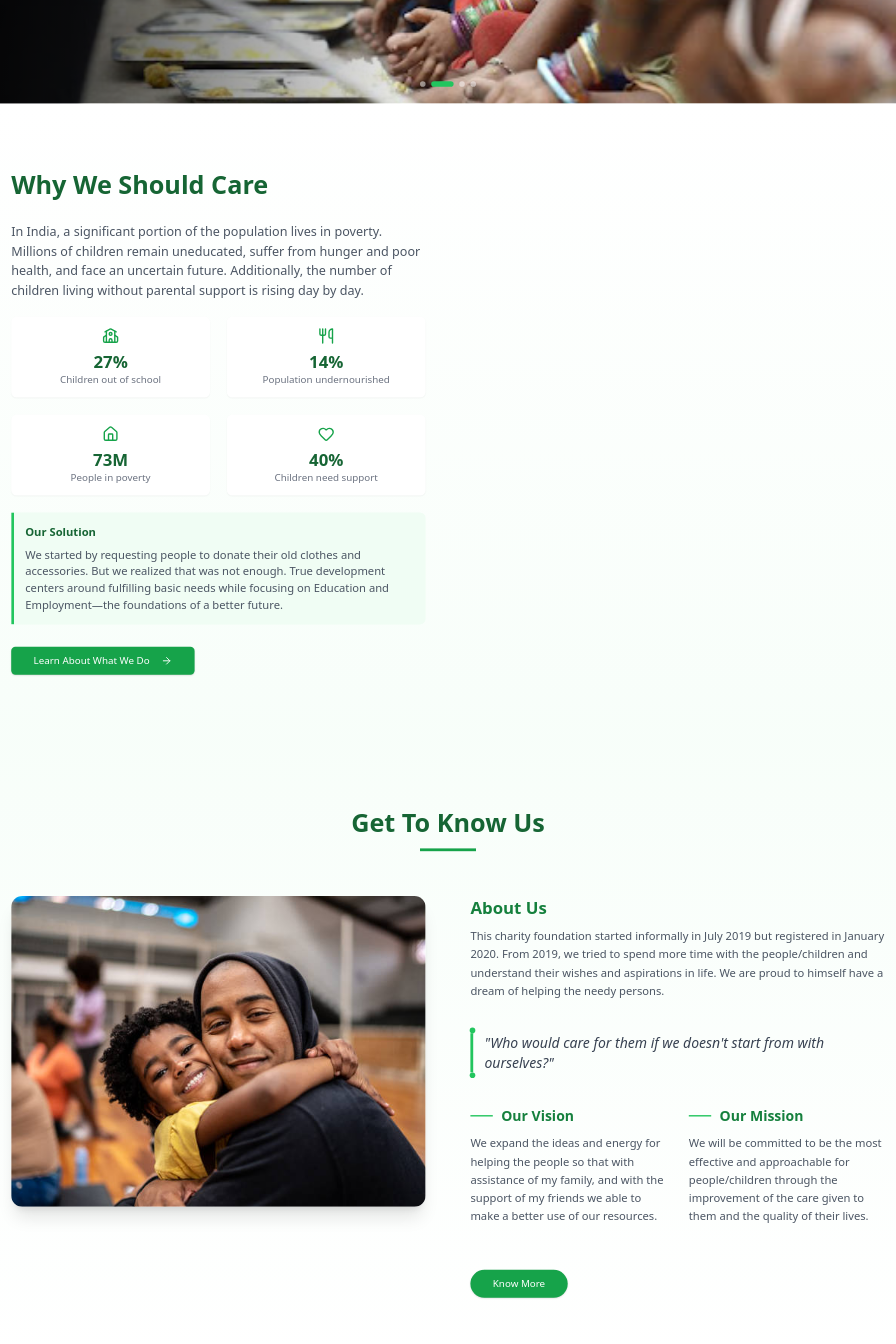
Repository: rajukumar2003/chandra-foundation
Page: /
An editor plug-in stored every save of this project. The page is shown before and after the next save, followed by the edit.
The browser window is 1280 px wide. The pictures show the part of the page from y = 520 to 2440 px (the page is 7775 px tall before and 7619 px after), at 70% of full size.
The project was rebuilt for these pictures with package versions that can differ from the ones it lists, and the page was loaded fresh each time. The framework's server and built-in components were replaced by stand-ins that run in the browser. Also part of the build but not shown: next.config.ts.

Above is the page before, as saved 2024-12-17 16:24:14.

After the next save:
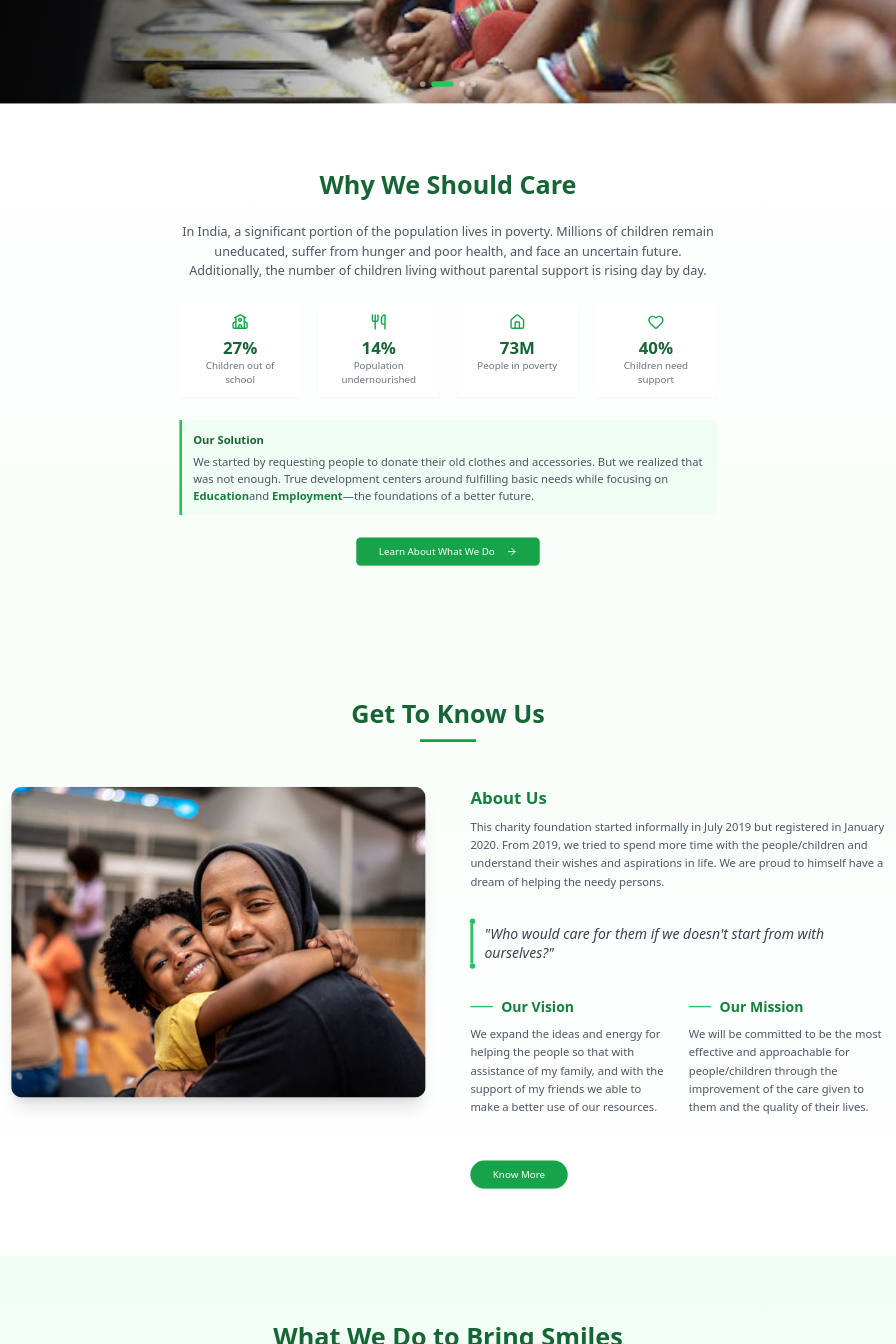
Saved 10 min 24 s later.
--- a/app/components/WhyCare.tsx
+++ b/app/components/WhyCare.tsx
@@ -2,7 +2,6 @@
 
 import { motion } from "framer-motion"
 import { Button } from "@/components/ui/button"
-import Image from "next/image"
 import { ArrowRight, School, Home, Heart, Utensils } from 'lucide-react'
 
 const statistics = [
@@ -32,90 +31,61 @@
   return (
     <section className="py-24 bg-gradient-to-b from-white to-green-50/50">
       <div className="container mx-auto px-4">
-        <div className="max-w-7xl mx-auto">
-          <div className="grid lg:grid-cols-2 gap-12 lg:gap-16 items-center">
-            {/* Content Side */}
-            <motion.div
-              initial={{ opacity: 0, y: 20 }}
-              whileInView={{ opacity: 1, y: 0 }}
-              viewport={{ once: true }}
-              transition={{ duration: 0.6 }}
-              className="space-y-8"
+        <div className="max-w-3xl mx-auto">
+          {/* Content Centered */}
+          <motion.div
+            initial={{ opacity: 0, y: 20 }}
+            whileInView={{ opacity: 1, y: 0 }}
+            viewport={{ once: true }}
+            transition={{ duration: 0.6 }}
+            className="space-y-8 text-center"
+          >
+            <h2 className="text-3xl md:text-4xl font-bold text-green-800">
+              Why We Should Care
+            </h2>
+
+            <p className="text-lg text-gray-600">
+              In India, a significant portion of the population lives in poverty.
+              Millions of children remain uneducated, suffer from hunger and poor health,
+              and face an uncertain future. Additionally, the number of children living
+              without parental support is rising day by day.
+            </p>
+
+            <div className="grid grid-cols-2 sm:grid-cols-2 md:grid-cols-4 gap-6 justify-center">
+              {statistics.map((stat, index) => (
+                <motion.div
+                  key={stat.label}
+                  initial={{ opacity: 0, y: 20 }}
+                  whileInView={{ opacity: 1, y: 0 }}
+                  viewport={{ once: true }}
+                  transition={{ duration: 0.6, delay: index * 0.1 }}
+                  className="text-center p-4 bg-white rounded-lg shadow-sm hover:shadow-md transition-shadow"
+                >
+                  <stat.icon className="w-6 h-6 text-green-600 mx-auto mb-2" />
+                  <div className="text-2xl font-bold text-green-800">{stat.value}</div>
+                  <div className="text-sm text-gray-500">{stat.label}</div>
+                </motion.div>
+              ))}
+            </div>
+
+            <div className="bg-green-50 border-l-4 border-green-500 p-4 rounded-r-lg text-left mx-auto">
+              <h3 className="font-semibold text-green-800 mb-2">Our Solution</h3>
+              <p className="text-gray-600">
+                We started by requesting people to donate their old clothes and accessories.
+                But we realized that was not enough. True development centers around fulfilling
+                basic needs while focusing on <span className="font-semibold text-green-700">Education</span>
+                and <span className="font-semibold text-green-700">Employment</span>—the foundations of a better future.
+              </p>
+            </div>
+
+            <Button
+              size="lg"
+              className="bg-green-600 hover:bg-green-700 text-white group mx-auto"
             >
-              <div>
-                <h2 className="text-3xl md:text-4xl font-bold text-green-800 mb-4">
-                  Why We Should Care
-                </h2>
-                {/* <div className="w-20 h-1 bg-green-600"></div> */}
-              </div>
-
-              <div className="space-y-6 text-gray-600">
-                <p className="text-lg">
-                  In India, a significant portion of the population lives in poverty.
-                  Millions of children remain uneducated, suffer from hunger and poor health,
-                  and face an uncertain future. Additionally, the number of children living
-                  without parental support is rising day by day.
-                </p>
-
-                <div className="grid grid-cols-2 gap-6">
-                  {statistics.map((stat, index) => (
-                    <motion.div
-                      key={stat.label}
-                      initial={{ opacity: 0, y: 20 }}
-                      whileInView={{ opacity: 1, y: 0 }}
-                      viewport={{ once: true }}
-                      transition={{ duration: 0.6, delay: index * 0.1 }}
-                      className="text-center p-4 bg-white rounded-lg shadow-sm hover:shadow-md transition-shadow"
-                    >
-                      <stat.icon className="w-6 h-6 text-green-600 mx-auto mb-2" />
-                      <div className="text-2xl font-bold text-green-800">{stat.value}</div>
-                      <div className="text-sm text-gray-500">{stat.label}</div>
-                    </motion.div>
-                  ))}
-                </div>
-
-                <div className="bg-green-50 border-l-4 border-green-500 p-4 rounded-r-lg">
-                  <h3 className="font-semibold text-green-800 mb-2">Our Solution</h3>
-                  <p>
-                    We started by requesting people to donate their old clothes and accessories.
-                    But we realized that was not enough. True development centers around fulfilling
-                    basic needs while focusing on Education and Employment—the foundations of a better future.
-                  </p>
-                </div>
-              </div>
-
-              <Button
-                size="lg"
-                className="bg-green-600 hover:bg-green-700 text-white group"
-              >
-                Learn About What We Do
-                <ArrowRight className="ml-2 h-4 w-4 transition-transform group-hover:translate-x-1" />
-              </Button>
-            </motion.div>
-
-            {/* Image Side */}
-            {/* <motion.div
-              initial={{ opacity: 0, scale: 0.95 }}
-              whileInView={{ opacity: 1, scale: 1 }}
-              viewport={{ once: true }}
-              transition={{ duration: 0.6 }}
-              className="relative"
-            >
-              <div className="relative aspect-[4/3] rounded-2xl overflow-hidden shadow-2xl">
-                <Image
-                  src="/images/children-education.jpg"
-                  alt="Children in need of support"
-                  fill
-                  className="object-cover"
-                />
-                <div className="absolute inset-0 bg-gradient-to-t from-black/50 to-transparent" />
-                <div className="absolute bottom-0 left-0 right-0 p-6 text-white">
-                  <div className="text-sm font-medium mb-2">But together we can achieve</div>
-                  <div className="text-2xl font-bold">A Better Future For All</div>
-                </div>
-              </div>
-            </motion.div> */}
-          </div>
+              Learn About What We Do
+              <ArrowRight className="ml-2 h-4 w-4 transition-transform group-hover:translate-x-1" />
+            </Button>
+          </motion.div>
         </div>
       </div>
     </section>
